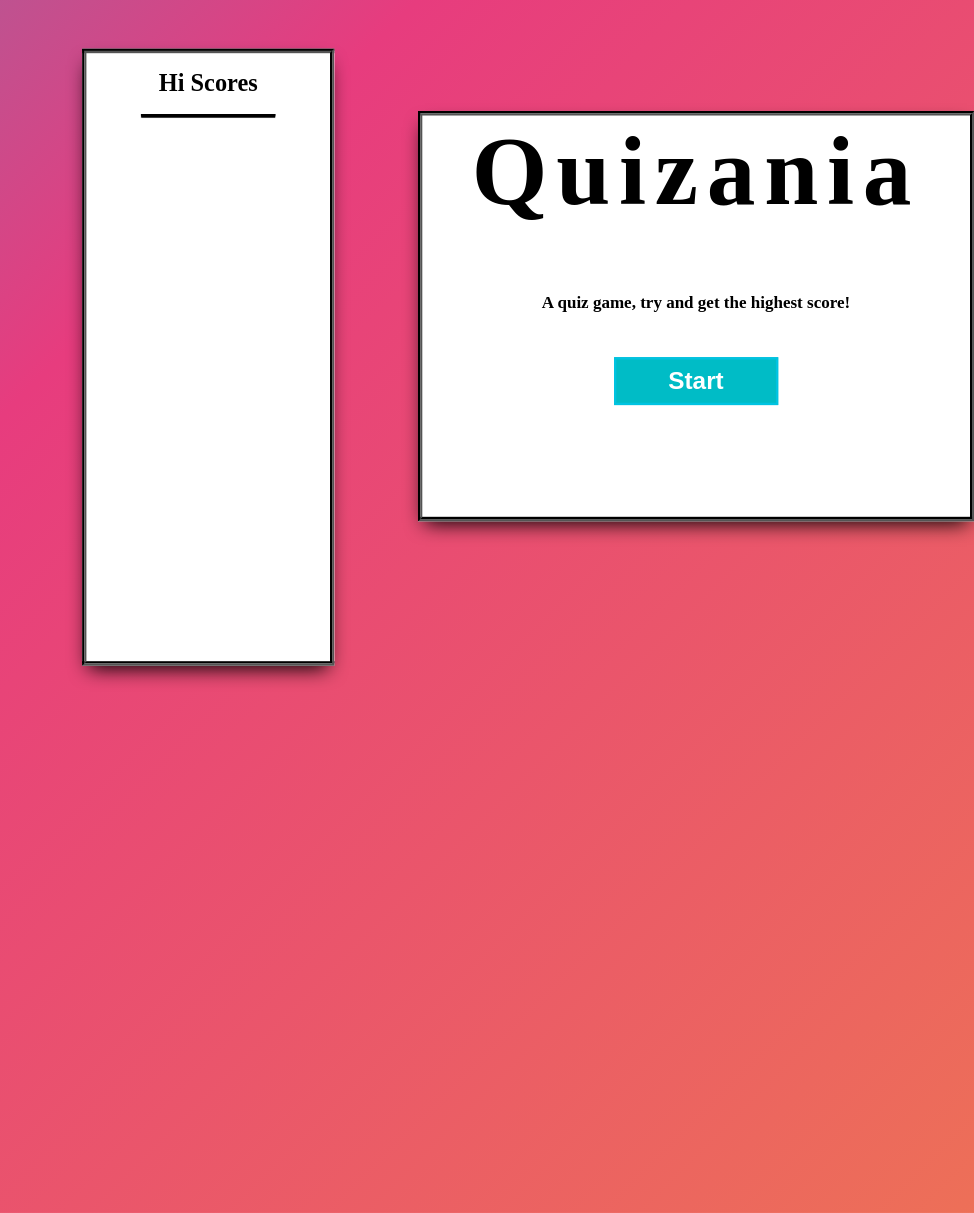
Repository: PatrickTheCodeGuy/QuizApp
Page: / (app in quizapp/)
These files come from the project's save history. The page is drawn as it stood at one moment and after a run of saves; the edit follows.
The browser window is 1280 px wide. The page is 1282 px wide, so the pictures cover 1282 px, including what lies to the right of the window. The pictures show the whole page, at 76% of full size.
The project was rebuilt for these pictures with package versions that can differ from the ones it lists, and the page was loaded fresh each time.

Above is the page before, as saved 2021-07-08 15:10:49.

After the next 2 saves:
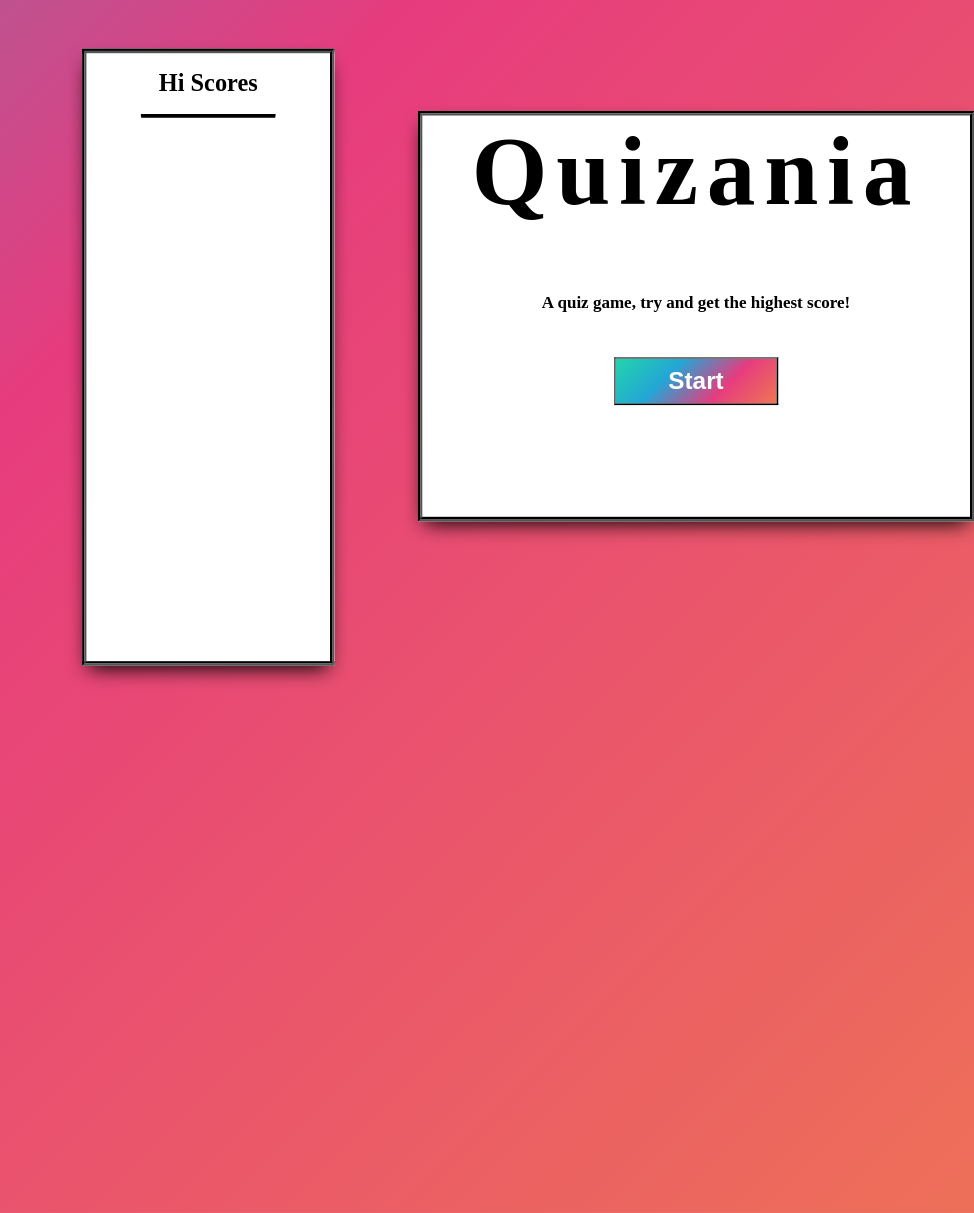
The 2 saves are shown as one change because they came seconds apart.
The last was saved 59 s later.
--- a/quizapp/src/components/StartMenu/StartMenu.css
+++ b/quizapp/src/components/StartMenu/StartMenu.css
@@ -14,10 +14,11 @@
 .button-start{
     width: 30%;
     height: 12%;
-    background: rgb(0, 188, 198);
+    background: linear-gradient(-45deg, #ee7752, #e73c7e, #23a6d5, #23d5ab);
+    animation: gradient 15s ease infinite;
     margin-top: 5%;
     color: white;
-    border: 3px solid rgb(0, 195, 225);
+    border: 3px solid linear-gradient(-45deg, #ee7752, #e73c7e, #23a6d5, #23d5ab);
     font-size: xx-large;
     font-weight: 600;
     transition: background-color 0.1s ease;
